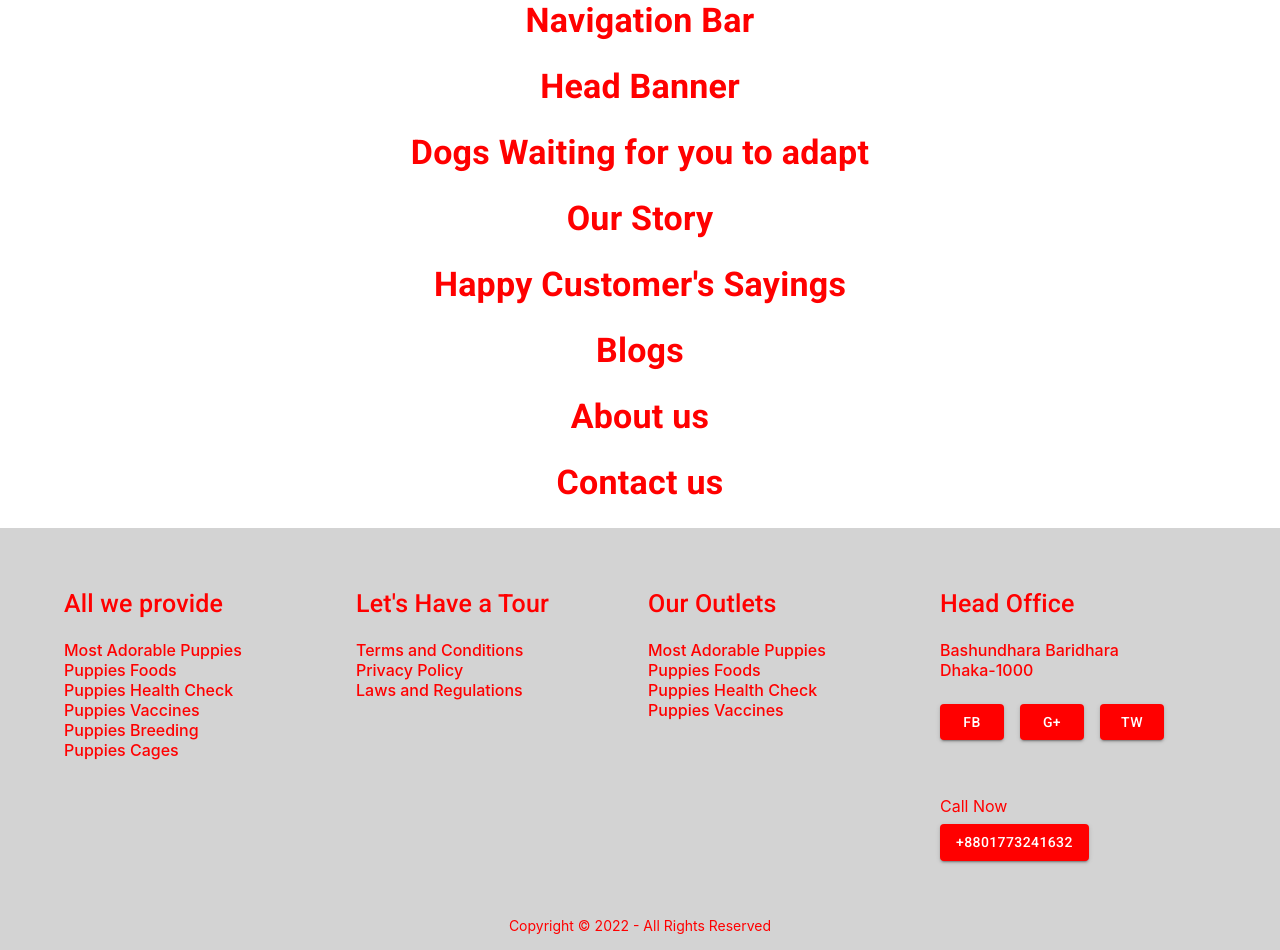
Repository: Sharif-00112/dogos-paradise-client
Page: /
An editor plug-in stored every save of this project. The page is shown before and after the next save, followed by the edit.
The browser window is 1280 px wide. The pictures show the whole page.
The project was rebuilt for these pictures with package versions that can differ from the ones it lists, and the page was loaded fresh each time. Also part of the build but not shown: src/Pages/Login/Login/Login.js, src/Pages/Login/Register/Register.js, src/Pages/NotFound/NotFound.js.

Above is the page before, as saved 2022-11-30 23:06:58.

### public/index.html
<!DOCTYPE html>
<html lang="en">
  <head>
    <meta charset="utf-8" />
    <link rel="icon" href="%PUBLIC_URL%/favicon.ico" />
    <meta name="viewport" content="width=device-width, initial-scale=1" />
    <meta name="theme-color" content="#000000" />
    <meta
      name="description"
      content="Web site created using create-react-app"
    />
    <link
      rel="stylesheet" href="https://fonts.googleapis.com/css?family=Roboto:300,400,500,700&display=swap"
    />

    <link rel="apple-touch-icon" href="%PUBLIC_URL%/logo192.png" />
    <!--
      manifest.json provides metadata used when your web app is installed on a
      user's mobile device or desktop. See https://developers.google.com/web/fundamentals/web-app-manifest/
    -->
    <link rel="manifest" href="%PUBLIC_URL%/manifest.json" />
    <!--
      Notice the use of %PUBLIC_URL% in the tags above.
      It will be replaced with the URL of the `public` folder during the build.
      Only files inside the `public` folder can be referenced from the HTML.

      Unlike "/favicon.ico" or "favicon.ico", "%PUBLIC_URL%/favicon.ico" will
      work correctly both with client-side routing and a non-root public URL.
      Learn how to configure a non-root public URL by running `npm run build`.
    -->
    <title>React App</title>
  </head>
  <body>
    <noscript>You need to enable JavaScript to run this app.</noscript>
    <div id="root"></div>
    <!--
      This HTML file is a template.
      If you open it directly in the browser, you will see an empty page.

      You can add webfonts, meta tags, or analytics to this file.
      The build step will place the bundled scripts into the <body> tag.

      To begin the development, run `npm start` or `yarn start`.
      To create a production bundle, use `npm run build` or `yarn build`.
    -->
  </body>
</html>

### src/App.js
import React  from 'react';
import './App.css';
import { BrowserRouter as Router, Route, Routes} from 'react-router-dom';
import Home from './Pages/Home/Home/Home';
import Login from './Pages/Login/Login/Login';
import Register from './Pages/Login/Register/Register';
import AuthProvider from './contexts/AuthProvider/AuthProvider';
// import PrivateRoute from './Pages/Login/PrivateRoute/PrivateRoute';
import NotFound from './Pages/NotFound/NotFound';
import Contact from './Pages/Home/Contact/Contact';
import Products from './Pages/Home/Products/Products';
import Story from './Pages/Home/Story/Story';
import CustomerReviews from './Pages/Home/CustomerReviews/CustomerReviews';
import Blogs from './Pages/Home/Blogs/Blogs';
import About from './Pages/Home/About/About';
// import Footer from './Pages/Shared/Footer/Footer';
// import Dashboard from './Pages/Dashboard/Dashboard/Dashboard';

function App() {
  return (
    <div className="App">
      <AuthProvider>
        <Router>
          <Routes>
            <Route exact path = '/' element={<Home/>}/>
            <Route exact path = '/home' element={<Home/>}/>
            <Route exact path = '/login' element={<Login/>}/>
            <Route exact path = '/register' element={<Register/>}/>
            <Route exact path = '/contact' element={<Contact/>}/>
            <Route exact path = '/products' element={<Products/>}/>
            <Route exact path = '/story' element={<Story/>}/>
            <Route exact path = '/reviews' element={<CustomerReviews/>}/>
            <Route exact path = '/blogs' element={<Blogs/>}/>
            <Route exact path = '/about' element={<About/>}/>
            {/* <Route exact path = '/appointment' element = {
              <PrivateRoute>
                <Appointment></Appointment>
              </PrivateRoute>
            }> </Route> */}
            {/* <Route path = 'dashboard/*' element = {
              <PrivateRoute>
                <Dashboard></Dashboard>
              </PrivateRoute>
            }> </Route> */}
            <Route path = '*' element={<NotFound/>}/>
          </Routes>
          {/* <Footer></Footer> */}
        </Router>
      </AuthProvider>
    </div>
  );
}

export default App;

### src/Pages/Home/Home/Home.js
import React from 'react';
import Footer from '../../Shared/Footer/Footer';
import Navigation from '../../Shared/Navigation/Navigation';
import About from '../About/About';
import Banner from '../Banner/Banner';
import Blogs from '../Blogs/Blogs';
import Contact from '../Contact/Contact';
import CustomerReviews from '../CustomerReviews/CustomerReviews';
import Products from '../Products/Products';
import Story from '../Story/Story';

const Home = () => {
    return (
        <div>
            <Navigation></Navigation>
            <Banner></Banner>
            <Products></Products>
            <Story></Story>
            <CustomerReviews></CustomerReviews>
            <Blogs></Blogs>
            <About></About>
            <Contact></Contact>
            <Footer></Footer>
        </div>
    );
};

export default Home;

### src/contexts/AuthProvider/AuthProvider.js
import React from 'react';
import { createContext } from 'react';
import useFirebase from '../../hooks/useFirebase';

//step-1-context
export const AuthContext = createContext();

const AuthProvider = (props) => {
    //step-3-context
    const {children} = props;

    //step-5-context
    const allContexts = useFirebase();

    return (
        //step-2-context
        <AuthContext.Provider value={allContexts}>
            {children}
        </AuthContext.Provider>
    );
};

export default AuthProvider;

### src/Pages/Home/Contact/Contact.js
import React from 'react';
import { Typography } from '@mui/material';

const Contact = () => {
    return (
        <div>
            <Typography sx={{ m: 3, color: 'red', fontWeight: 600 }} variant="h4" component="div">
                Contact us
            </Typography>
        </div>
    );
};

export default Contact;

### src/Pages/Home/Products/Products.js
import React from 'react';
import { Typography } from '@mui/material';

const Products = () => {
    return (
        <div>
            <Typography sx={{ m: 3, color: 'red', fontWeight: 600 }} variant="h4" component="div">
                Dogs Waiting for you to adapt
            </Typography>
        </div>
    );
};

export default Products;

### src/Pages/Home/Story/Story.js
import React from 'react';
import { Typography } from '@mui/material';


const Story = () => {
    return (
        <div>
            <Typography sx={{ m: 3, color: 'red', fontWeight: 600 }} variant="h4" component="div">
                Our Story
            </Typography>
        </div>
    );
};

export default Story;

### src/Pages/Home/CustomerReviews/CustomerReviews.js
import React from 'react';
import { Typography } from '@mui/material';


const CustomerReviews = () => {
    return (
        <div>
            <Typography sx={{ m: 3, color: 'red', fontWeight: 600 }} variant="h4" component="div">
                Happy Customer's Sayings
            </Typography>
        </div>
    );
};

export default CustomerReviews;

### src/Pages/Home/Blogs/Blogs.js
import React from 'react';
import { Typography } from '@mui/material';


const Blogs = () => {
    return (
        <div>
            <Typography sx={{ m: 3, color: 'red', fontWeight: 600 }} variant="h4" component="div">
                Blogs
            </Typography>
        </div>
    );
};

export default Blogs;

### src/Pages/Home/About/About.js
import React from 'react';
import { Typography } from '@mui/material';

const About = () => {
    return (
        <div>
            <Typography sx={{ m: 3, color: 'red', fontWeight: 600 }} variant="h4" component="div">
                About us
            </Typography>
        </div>
    );
};

export default About;

### src/Pages/Shared/Footer/Footer.js
import React from 'react';
import { Typography } from '@mui/material';
import { Container } from '@mui/system';
import Box from '@mui/material/Box';
import Grid from '@mui/material/Unstable_Grid2';
import { Link } from 'react-router-dom';
import { Button } from '@mui/material';


const Footer = () => {
    return (
        <div style={{ backgroundColor: 'lightgray' }}>
        <Container sx={{ py: 5, px:10 }}>
            <Box sx={{ flexGrow: 1 }}>
                <Grid container spacing={2}>
                    <Grid item style={{ textAlign: 'left'}} xs={6} md={3}>
                        <Typography sx={{ my:2, fontSize: 18, fontWeight: 600 }} style={{color: 'red', fontWeight: 500, fontSize: 25 }} variant="h6" component="div">
                            All we provide
                        </Typography>
                        <Link
                            style={{ textDecoration:'none', color: 'red', fontWeight: 500, fontSize: 16 }}
                            to = '/emergencyDentalCare'>
                                Most Adorable Puppies
                        </Link>
                        <br />
                        <Link
                            style={{ textDecoration:'none', color: 'red', fontWeight: 500, fontSize: 16 }}
                            to = '/checkUp'>
                                Puppies Foods
                        </Link>
                        <br />
                        <Link
                            style={{ textDecoration:'none', color: 'red', fontWeight: 500, fontSize: 16 }}
                            to = '/checkUp'>
                                Puppies Health Check
                        </Link>
                        <br />
                        <Link
                            style={{ textDecoration:'none', color: 'red', fontWeight: 500, fontSize: 16 }}
                            to = '/checkUp'>
                                Puppies Vaccines
                        </Link>
                        <br />
                        <Link
                            style={{ textDecoration:'none', color: 'red', fontWeight: 500, fontSize: 16 }}
                            to = '/checkUp'>
                                Puppies Breeding
                        </Link>
                        <br />
                        <Link
                            style={{ textDecoration:'none', color: 'red', fontWeight: 500, fontSize: 16 }}
                            to = '/checkUp'>
                                Puppies Cages
                        </Link>
                    </Grid>
                    <Grid item style={{ textAlign: 'left'}} xs={6} md={3}>
                        <Typography sx={{ my:2, fontSize: 18, fontWeight: 600 }} style={{color: 'red', fontWeight: 500, fontSize: 25 }} variant="h6" component="div">
                            Let's Have a Tour
                        </Typography>
                        <Link
                            style={{ textDecoration:'none', color: 'red', fontWeight: 500, fontSize: 16 }}
                            to = '/emergencyDentalCare'>
                                Terms and Conditions
                        </Link>
                        <br />
                        <Link
                            style={{ textDecoration:'none', color: 'red', fontWeight: 500, fontSize: 16 }}
                            to = '/checkUp'>
                                Privacy Policy
                        </Link>
                        <br />
                        <Link
                            style={{ textDecoration:'none', color: 'red', fontWeight: 500, fontSize: 16 }}
                            to = '/checkUp'>
                                Laws and Regulations
                        </Link>
                    </Grid>
                    <Grid item style={{ textAlign: 'left'}} xs={6} md={3}>
                        <Typography sx={{ my:2, fontSize: 18, fontWeight: 600 }} style={{color: 'red', fontWeight: 500, fontSize: 25 }} variant="h6" component="div">
                            Our Outlets
                        </Typography>
                        <Link
                            style={{ textDecoration:'none', color: 'red', fontWeight: 500, fontSize: 16 }}
                            to = '/emergencyDentalCare'>
                                Most Adorable Puppies
                        </Link>
                        <br />
                        <Link
                            style={{ textDecoration:'none', color: 'red', fontWeight: 500, fontSize: 16 }}
                            to = '/checkUp'>
                                Puppies Foods
                        </Link>
                        <br />
                        <Link
                            style={{ textDecoration:'none', color: 'red', fontWeight: 500, fontSize: 16 }}
                            to = '/checkUp'>
                                Puppies Health Check
                        </Link>
                        <br />
                        <Link
                            style={{ textDecoration:'none', color: 'red', fontWeight: 500, fontSize: 16 }}
                            to = '/checkUp'>
                                Puppies Vaccines
                        </Link>
                    </Grid>
                    <Grid item style={{ textAlign: 'left'}} xs={6} md={3}>
                        <Typography sx={{ my:2, fontSize: 18, fontWeight: 600 }} style={{color: 'red', fontWeight: 500, fontSize: 25 }} variant="h6" component="div">
                            Head Office
                        </Typography>
                        <Typography sx={{ fontSize: 16, fontWeight: 400 }} style={{color: 'red', fontWeight: 500, fontSize: 16 }} variant="" component="div">
                                Bashundhara Baridhara <br />
                                Dhaka-1000
                        </Typography>

                        <a href="https://www.facebook.com/" target="_blank" style={{ textDecoration:'none', color:'white' }}>
                            <Button sx={{ mt:3, mr:2 }} variant="contained" style={{backgroundColor: 'red'}}>
                                FB
                            </Button>
                        </a>
                        <a href="https://www.google.com/" target="_blank" style={{ textDecoration:'none', color:'white' }}>
                            <Button sx={{ mt:3, mr:2 }} variant="contained" style={{backgroundColor: 'red'}}>
                                G+
                            </Button>
                        </a>
                        <a href="https://twitter.com/" target="_blank" style={{ textDecoration:'none', color:'white' }}>
                            <Button sx={{ mt:3, mr:2 }} variant="contained" style={{backgroundColor: 'red'}}>
                                TW
                            </Button>
                        </a>

                        <Typography sx={{ mt:7, fontSize: 16, fontWeight: 400, color:'red' }} variant="" component="div">
                                Call Now
                        </Typography>
                        <a href="tel:+8801773241632" style={{ textDecoration:'none', color:'white' }}>
                            <Button sx={{ mt:1, mr:2 }} variant="contained" style={{backgroundColor: 'red'}}>
                                +8801773241632
                            </Button>
                        </a>
                    </Grid>
                </Grid>
            </Box>
        </Container>
        <Typography sx={{ p:2, fontSize: 14, fontWeight: 400, color: 'red' }} variant="" component="div">
            Copyright &copy; 2022 - All Rights Reserved
        </Typography>
    </div>
    );
};

export default Footer;

### src/Pages/Shared/Navigation/Navigation.js
import React from 'react';
import { Typography } from '@mui/material';

const Navigation = () => {
    return (
        <div>
            <Typography sx={{ mx: 3, color: 'red', fontWeight: 600 }} variant="h4" component="div">
                Navigation Bar
            </Typography>
        </div>
    );
};

export default Navigation;

### src/Pages/Home/Banner/Banner.js
import React from 'react';
import { Typography } from '@mui/material';

const Banner = () => {
    return (
        <div>
            <Typography sx={{ m: 3, color: 'red', fontWeight: 600 }} variant="h4" component="div">
                Head Banner
            </Typography>
        </div>
    );
};

export default Banner;

### src/Pages/Login/Firebase/firebase.initialize.js
import { initializeApp } from "firebase/app";
import firebaseConfig from "./firebase.config";

const initializeAuthentication = () =>{
    initializeApp(firebaseConfig);
}

export default initializeAuthentication;

### src/Pages/Login/Firebase/firebase.config.js
// console.log(process.env);

const firebaseConfig = {
  apiKey: process.env.REACT_APP_FIREBASE_API_KEY,
  authDomain: process.env.REACT_APP_FIREBASE_AUTH_DOMAIN,
  projectId: process.env.REACT_APP_FIREBASE_PROJECT_ID,
  storageBucket: process.env.REACT_APP_FIREBASE_STORAGE_BUCKET,
  messagingSenderId: process.env.REACT_APP_FIREBASE_MESSAGING_SENDER_ID,
  appId: process.env.REACT_APP_FIREBASE_APP_ID,
  measurementId: process.env.REACT_APP_FIREBASE_MEASUREMENT_ID
};

export default firebaseConfig;

// .env.local
// REACT_APP_FIREBASE_API_KEY=AIzaSyCGaQ8G2l5KeOKX4bAJ7MC19oWW_2vnTNQ
// REACT_APP_FIREBASE_AUTH_DOMAIN=dogos-paradise.firebaseapp.com
// REACT_APP_FIREBASE_PROJECT_ID=dogos-paradise
// REACT_APP_FIREBASE_STORAGE_BUCKET=dogos-paradise.appspot.com
// REACT_APP_FIREBASE_MESSAGING_SENDER_ID=824394057307
// REACT_APP_FIREBASE_APP_ID=1:824394057307:web:727ac0c86627b9544a617e
// REACT_APP_FIREBASE_MEASUREMENT_ID=G-DL8JJ6MYSD

// const firebaseConfig = {
  // apiKey: "AIzaSyCGaQ8G2l5KeOKX4bAJ7MC19oWW_2vnTNQ",
  // authDomain: "dogos-paradise.firebaseapp.com",
  // projectId: "dogos-paradise",
  // storageBucket: "dogos-paradise.appspot.com",
  // messagingSenderId: "824394057307",
  // appId: "1:824394057307:web:727ac0c86627b9544a617e",
  // measurementId: "G-DL8JJ6MYSD"
// };

Loaded but not shown: src/index.js (common file); src/index.css (common file); src/reportWebVitals.js (common file); src/App.css (common file); src/hooks/useFirebase.js (273 lines, source omitted)

After the next save:
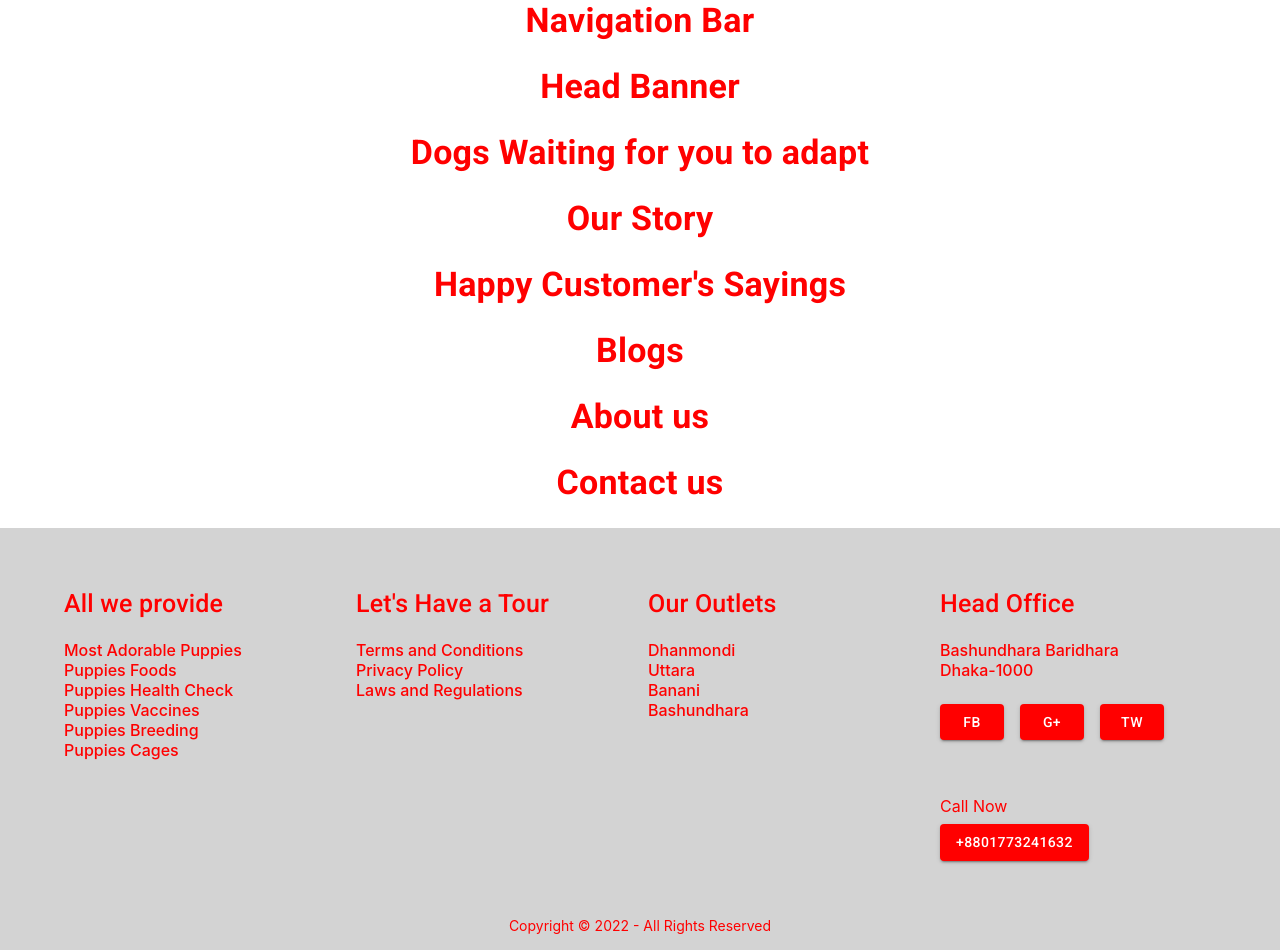
Saved 34 s later.
--- a/src/Pages/Shared/Footer/Footer.js
+++ b/src/Pages/Shared/Footer/Footer.js
@@ -82,25 +82,25 @@ const Footer = () => {
                         <Link
                             style={{ textDecoration:'none', color: 'red', fontWeight: 500, fontSize: 16 }}
                             to = '/emergencyDentalCare'>
-                                Most Adorable Puppies
+                                Dhanmondi
                         </Link>
                         <br />
                         <Link
                             style={{ textDecoration:'none', color: 'red', fontWeight: 500, fontSize: 16 }}
                             to = '/checkUp'>
-                                Puppies Foods
+                                Uttara
                         </Link>
                         <br />
                         <Link
                             style={{ textDecoration:'none', color: 'red', fontWeight: 500, fontSize: 16 }}
                             to = '/checkUp'>
-                                Puppies Health Check
+                                Banani
                         </Link>
                         <br />
                         <Link
                             style={{ textDecoration:'none', color: 'red', fontWeight: 500, fontSize: 16 }}
                             to = '/checkUp'>
-                                Puppies Vaccines
+                                Bashundhara
                         </Link>
                     </Grid>
                     <Grid item style={{ textAlign: 'left'}} xs={6} md={3}>
